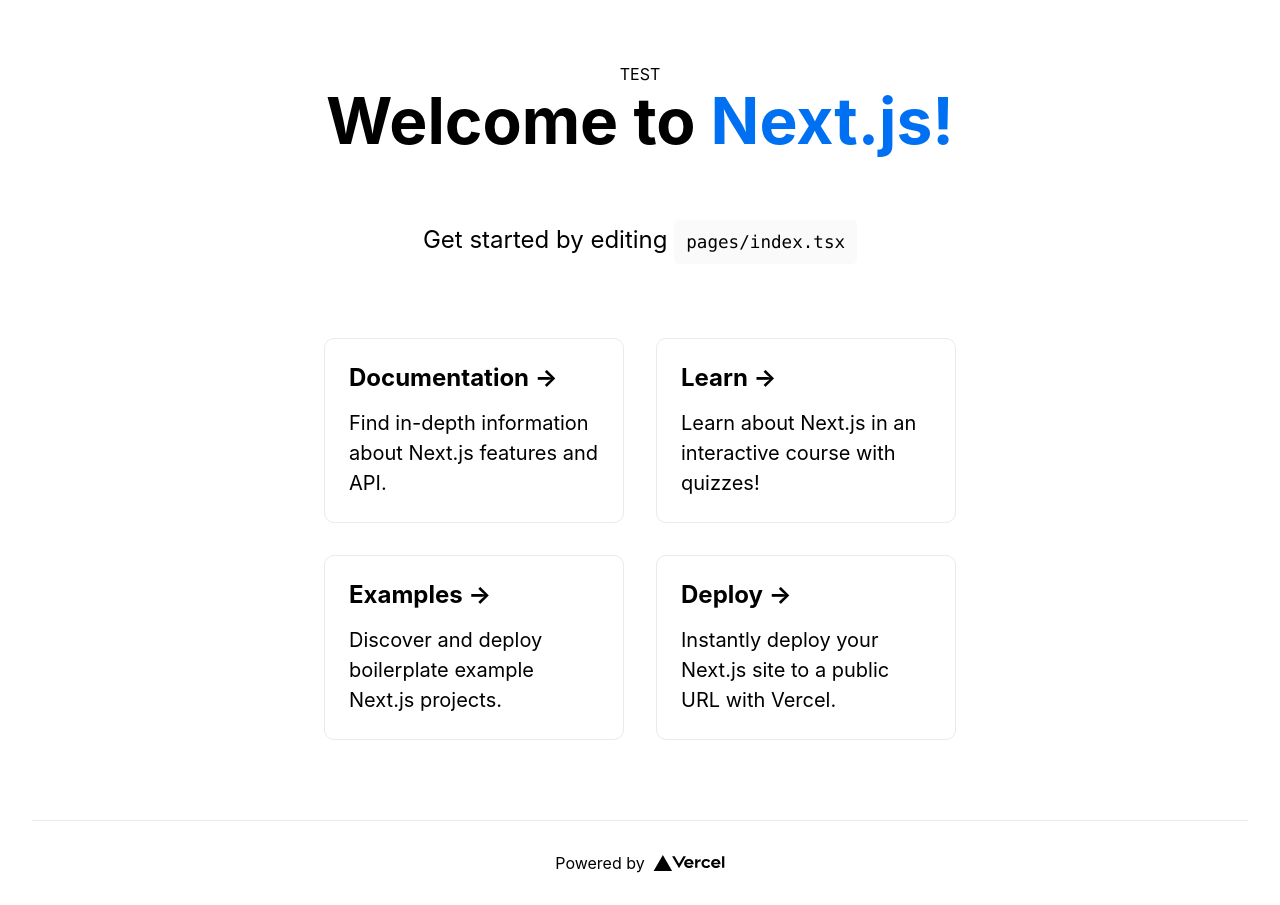
Repository: ciuffetelli/portfolio
Page: /
The author's editor kept a copy of each file at every save. The page is drawn from the files as they stood at one save, then again after the next save.
The browser window is 1280 px wide. The pictures show the whole page.
The project was rebuilt for these pictures with package versions that can differ from the ones it lists, and the page was loaded fresh each time. The framework's server and built-in components were replaced by stand-ins that run in the browser. Also part of the build but not shown: next.config.js.

Above is the page before, as saved 2022-12-04 11:39:41.

### pages/_document.tsx
import { Html, Head, Main, NextScript } from 'next/document'

export default function Document() {
    return (
        <Html lang="en">
            <Head>
                <title>Daniel Ciuffetelli - Front-end Engineer</title>
                <meta name="description" content="Daniel Ciuffetelli's personal portfolio, front-end engineer. Page developed in Next.js" />
                <link rel="icon" href="/img/logo.svg" />
            </Head>
                <body className='bg-white text-slate-900 dark:bg-slate-900 dark:text-white ease-in-out duration-300'>
                    <Main />
                    <NextScript />
                </body>
        </Html>
    )
}

### pages/index.tsx
import Head from 'next/head'
import Image from 'next/image'
import styles from '../styles/Home.module.css'

import { Nav } from '../Components/Nav'

export default function Home() {
  return (
    <div className={styles.container}>
      <Head>
        <title>Create Next App</title>
        <meta name="description" content="Generated by create next app" />
        <link rel="icon" href="/favicon.ico" />
      </Head>

      <main className={styles.main}>
        <Nav />


        <h1 className={styles.title}>
          Welcome to <a href="https://nextjs.org">Next.js!</a>
        </h1>

        <p className={styles.description}>
          Get started by editing{' '}
          <code className={styles.code}>pages/index.tsx</code>
        </p>

        <div className={styles.grid}>
          <a href="https://nextjs.org/docs" className={styles.card}>
            <h2>Documentation &rarr;</h2>
            <p>Find in-depth information about Next.js features and API.</p>
          </a>

          <a href="https://nextjs.org/learn" className={styles.card}>
            <h2>Learn &rarr;</h2>
            <p>Learn about Next.js in an interactive course with quizzes!</p>
          </a>

          <a
            href="https://github.com/vercel/next.js/tree/canary/examples"
            className={styles.card}
          >
            <h2>Examples &rarr;</h2>
            <p>Discover and deploy boilerplate example Next.js projects.</p>
          </a>

          <a
            href="https://vercel.com/new?utm_source=create-next-app&utm_medium=default-template&utm_campaign=create-next-app"
            target="_blank"
            rel="noopener noreferrer"
            className={styles.card}
          >
            <h2>Deploy &rarr;</h2>
            <p>
              Instantly deploy your Next.js site to a public URL with Vercel.
            </p>
          </a>
        </div>
      </main>

      <footer className={styles.footer}>
        <a
          href="https://vercel.com?utm_source=create-next-app&utm_medium=default-template&utm_campaign=create-next-app"
          target="_blank"
          rel="noopener noreferrer"
        >
          Powered by{' '}
          <span className={styles.logo}>
            <Image src="/vercel.svg" alt="Vercel Logo" width={72} height={16} />
          </span>
        </a>
      </footer>
    </div>
  )
}

### Components/Nav.tsx
export function Nav() {
    return (
        <>
        TEST
        </>
    )
}

Loaded but not shown: pages/_app.tsx (common file); styles/globals.css (common file); styles/Home.module.css (common file)

After the next save:
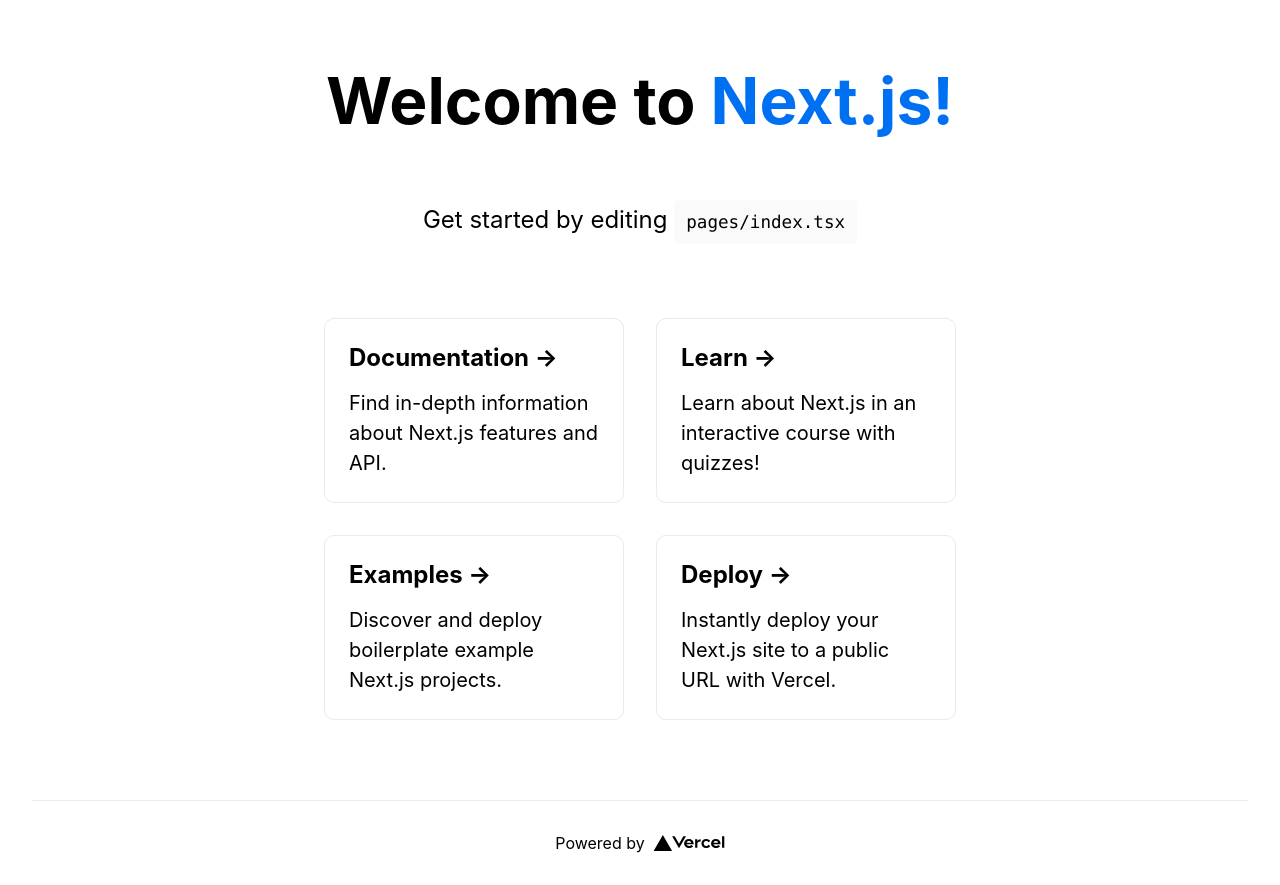
Saved 2 min 6 s later.
--- a/Components/Nav.tsx
+++ b/Components/Nav.tsx
@@ -1,7 +1,6 @@
+import styled from 'styled-components'
+
 export function Nav() {
-    return (
-        <>
-        TEST
-        </>
-    )
+
+    return (<></>)
 }

After the 4 saves that followed:
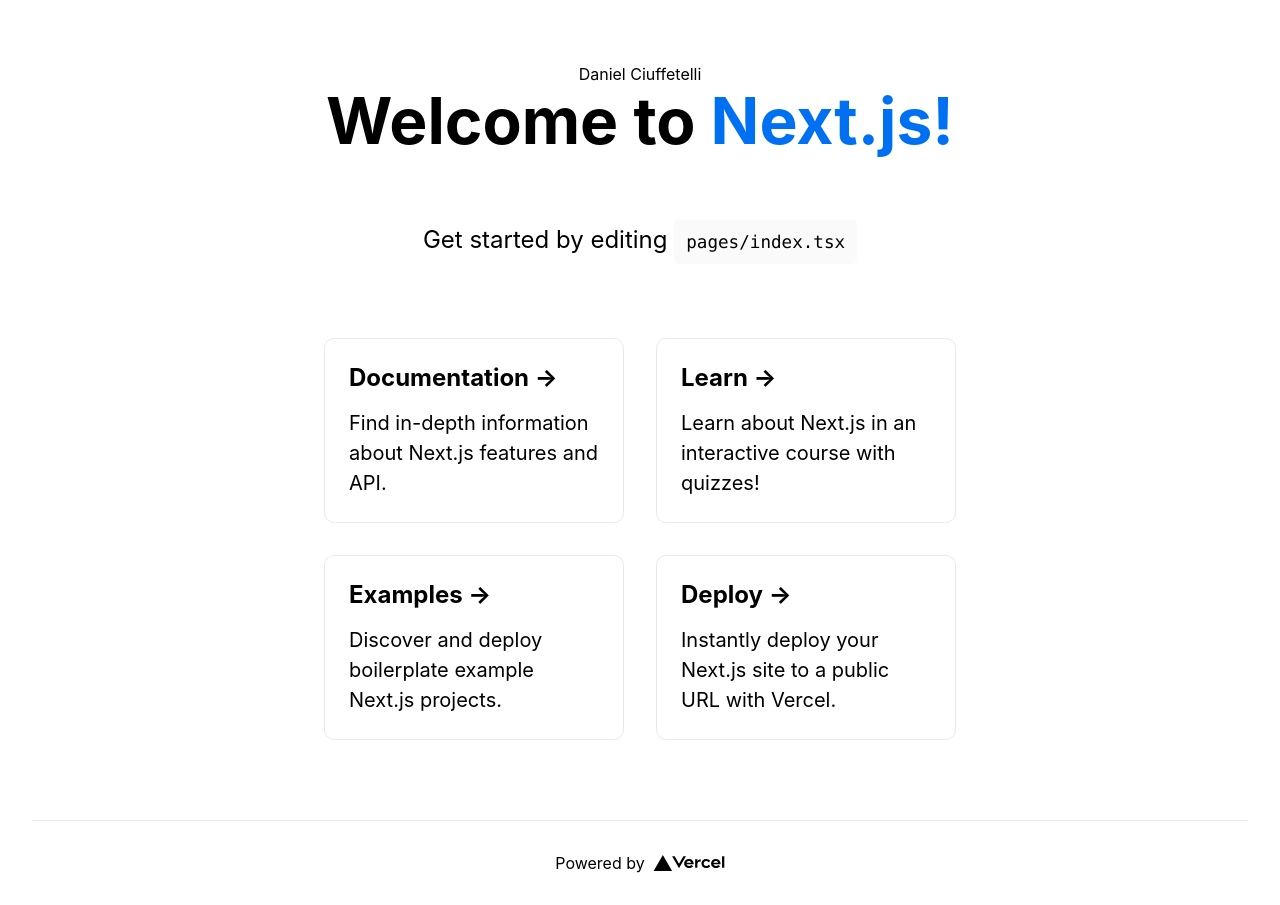
The 4 saves are shown as one change because 3 left the picture as it was.
The last was saved 2 min 12 s later.
--- a/Components/Nav.tsx
+++ b/Components/Nav.tsx
@@ -2,5 +2,16 @@
 
 export function Nav() {
 
-    return (<></>)
+    return (
+        <Container>
+            <Name>Daniel Ciuffetelli</Name>
+        </Container>
+    )
 }
+
+const Container = styled.div`
+    flex: 1;
+    background-color: #fff;
+`
+
+const Name = styled.div``
